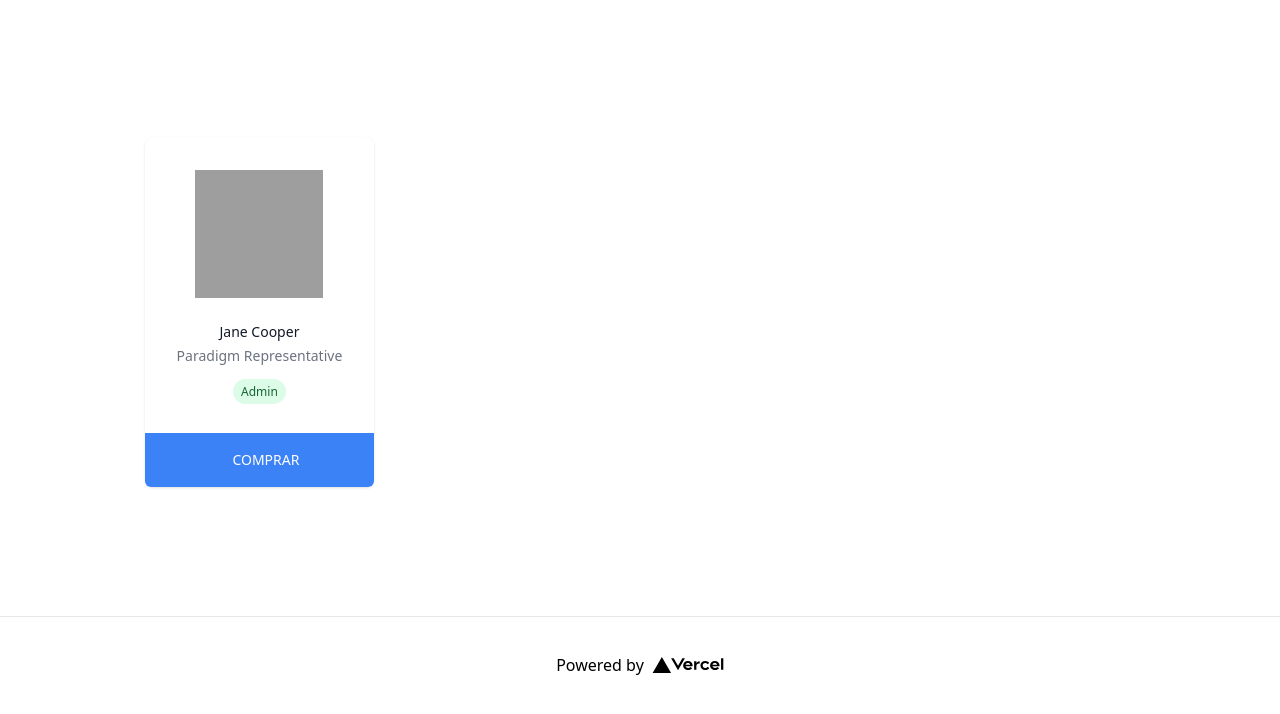
Repository: LuisSempre/mks
Page: /
These files come from the project's save history. The page is drawn as it stood at one moment and after the next save; the edit follows.
The browser window is 1280 px wide. The pictures show the whole page.
Pictures or frames that could not be fetched are drawn as grey boxes. The project was rebuilt for these pictures with package versions that can differ from the ones it lists, and the page was loaded fresh each time. The framework's server and built-in components were replaced by stand-ins that run in the browser. Also part of the build but not shown: next.config.js.

Above is the page before, as saved 2023-01-23 21:39:48.

After the next save:
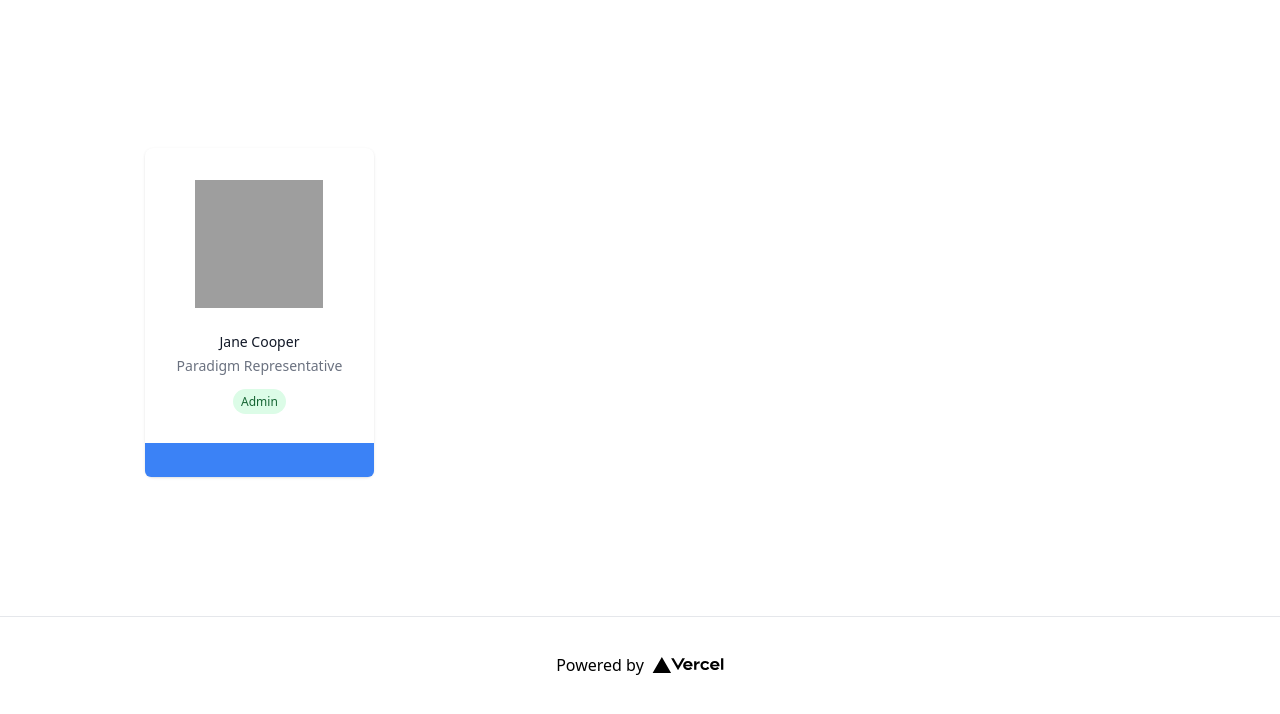
Saved 5 s later.
--- a/components/ProductsGrid.tsx
+++ b/components/ProductsGrid.tsx
@@ -48,9 +48,7 @@
                 <a
                   href={`mailto:${person.email}`}
                   className='relative inline-flex items-center justify-center flex-1 w-0 py-4 -mr-px text-sm font-medium text-gray-700 border border-transparent rounded-bl-lg hover:text-gray-500'
-                >
-                  <span className='ml-3 text-white uppercase'>Comprar</span>
-                </a>
+                ></a>
               </div>
             </div>
           </div>

After the save that followed:
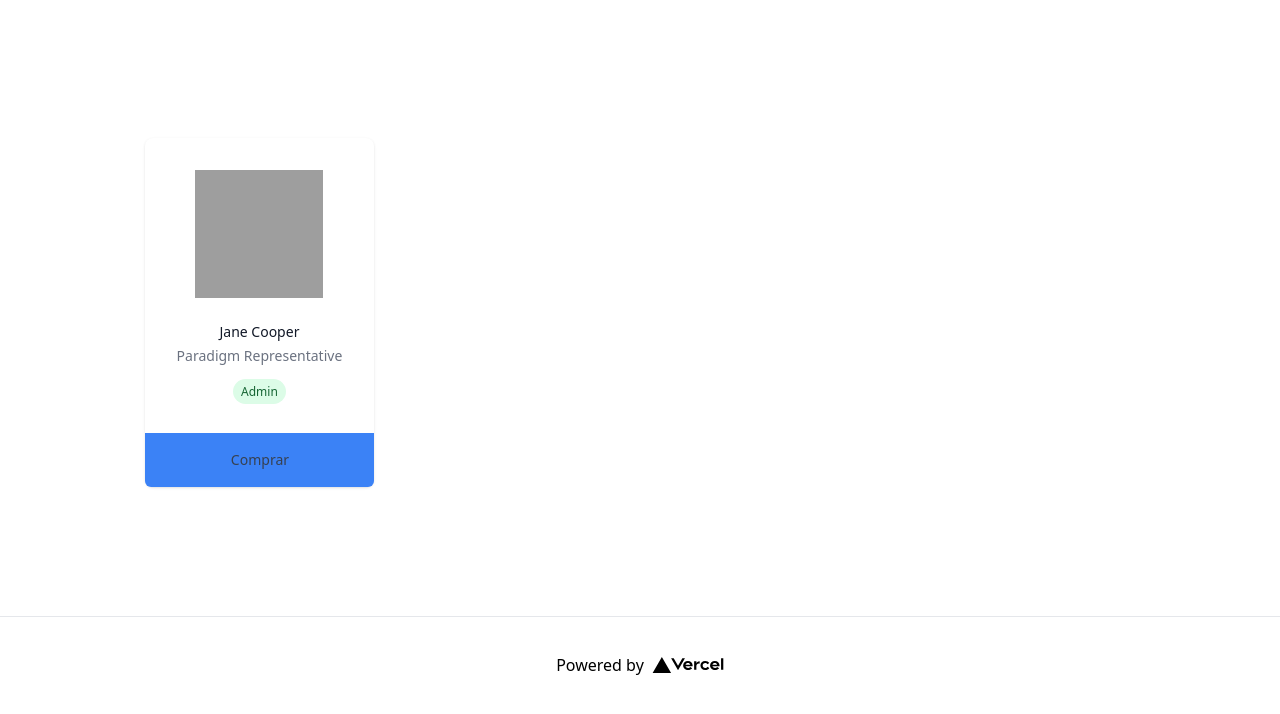
Saved 38 s later.
--- a/components/ProductsGrid.tsx
+++ b/components/ProductsGrid.tsx
@@ -45,10 +45,10 @@
           <div>
             <div className='flex -mt-px bg-blue-500 rounded-b-md'>
               <div className='flex flex-1 w-0 '>
-                <a
-                  href={`mailto:${person.email}`}
-                  className='relative inline-flex items-center justify-center flex-1 w-0 py-4 -mr-px text-sm font-medium text-gray-700 border border-transparent rounded-bl-lg hover:text-gray-500'
-                ></a>
+                <a className='relative inline-flex items-center justify-center flex-1 w-0 py-4 -mr-px text-sm font-medium text-gray-700 border border-transparent rounded-bl-lg hover:text-gray-500'>
+                  {" "}
+                  {person.email}
+                </a>
               </div>
             </div>
           </div>
